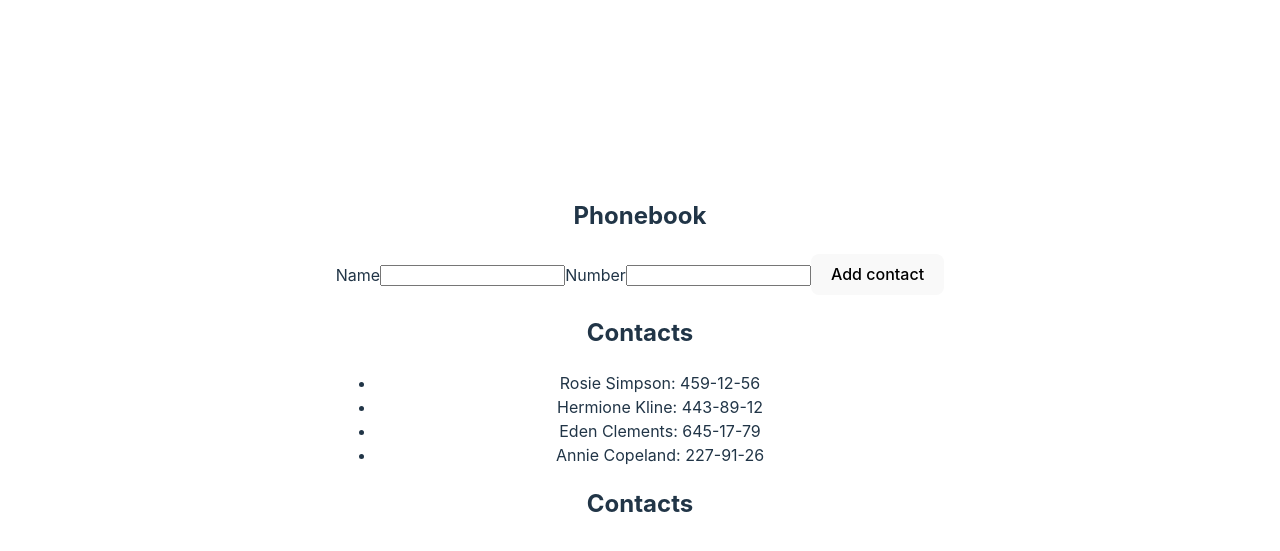
Repository: MagdalenaTyminska/React-Project-2
Page: /
The author's editor kept a copy of each file at every save. The page is drawn from the files as they stood at one save, then again after a run of saves.
The browser window is 1280 px wide. The pictures show the whole page.
The project was rebuilt for these pictures with package versions that can differ from the ones it lists, and the page was loaded fresh each time. Also part of the build but not shown: vite.config.ts.

Above is the page before, as saved 2024-11-06 22:01:28.

After the next 2 saves:
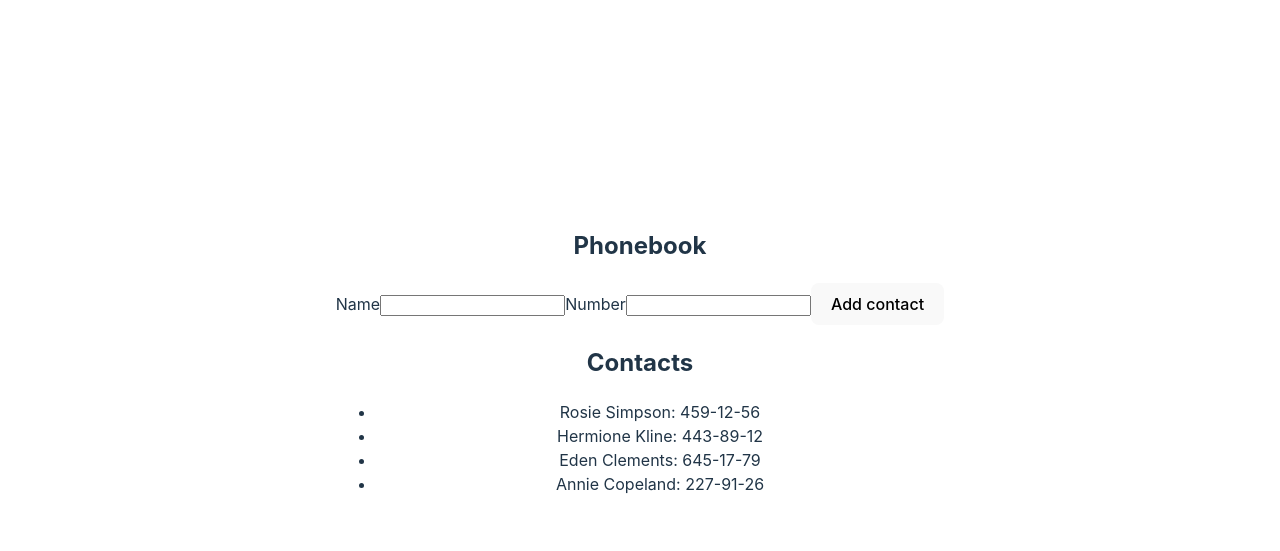
The 2 saves are shown as one change because they came seconds apart.
The last was saved 6 s later.
--- a/src/App.tsx
+++ b/src/App.tsx
@@ -11,9 +11,9 @@
 				<Section title='Phonebook'>
 					<Form />
 				</Section>
-				<Section title='Contacts'>
+				{/* <Section title='Contacts'> */}
 					{/* <ContactList /> */}
-				</Section>
+				{/* </Section> */}
 			</div>
 		);
 	}
